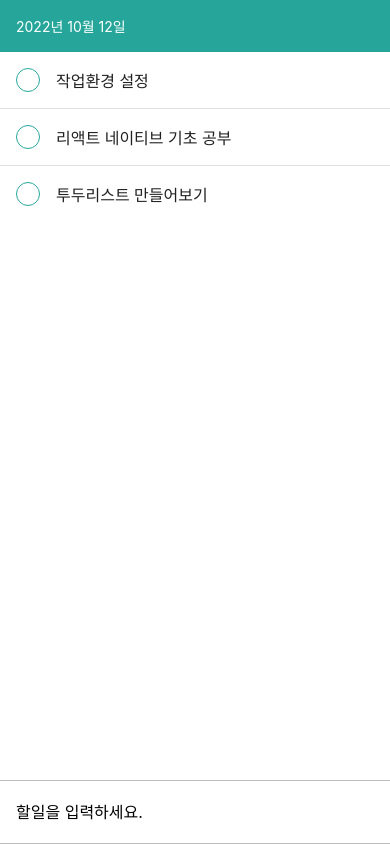
Repository: H-Rn-Study/haebzzang
Screen: / (app in TodoApp/)
An editor plug-in stored every save of this project. The screen is shown before and after the next save, followed by the edit.
The app was drawn by React Native's web renderer in a window 390 px wide. The project was rebuilt for these pictures with package versions that can differ from the ones it lists, and the page was loaded fresh each time. Also part of the build but not shown: TodoApp/components/Empty.js.

Above is the screen before, as saved 2022-10-26 14:58:46.

After the next save:
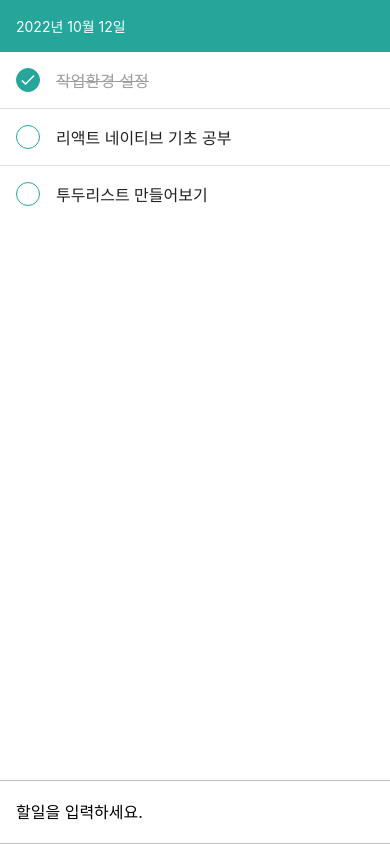
Saved 7 min 5 s later.
--- a/TodoApp/components/TodoItem.js
+++ b/TodoApp/components/TodoItem.js
@@ -1,11 +1,16 @@
 import React from 'react';
-import {View, Text, StyleSheet} from 'react-native';
+import {View, Text, StyleSheet, Image} from 'react-native';
 
 function TodoItem({id, text, done}) {
     return (
         <View style = {styles.item}>
-            <View style = {styles.circle} />
-            <Text style = {styles.text}>{text}</Text>
+            <View style = {[styles.circle, done && styles.filled]}>
+                {done && (
+                    <Image source = {require('../assets/icons/check_white/check_white.png')}
+                    />
+                )}
+            </View>
+            <Text style = {[styles.text, done && styles.lineThrough]}>{text}</Text>
         </View>
     );
 }
@@ -24,11 +29,20 @@ const styles = StyleSheet.create({
         borderWidth: 1,
         marginRight: 16,
     },
+    filled: {
+        justifyContent: 'center',
+        alignItems: 'center',
+        backgroundColor : '#26a69a',
+    },
     text: {
         flex: 1,
         fontSize: 16,
         color: '#212121',
     },
+    lineThrough: {
+        color: "#9e9e9e",
+        textDecorationLine: 'line-through',
+    },
 });
 
 export default TodoItem;
